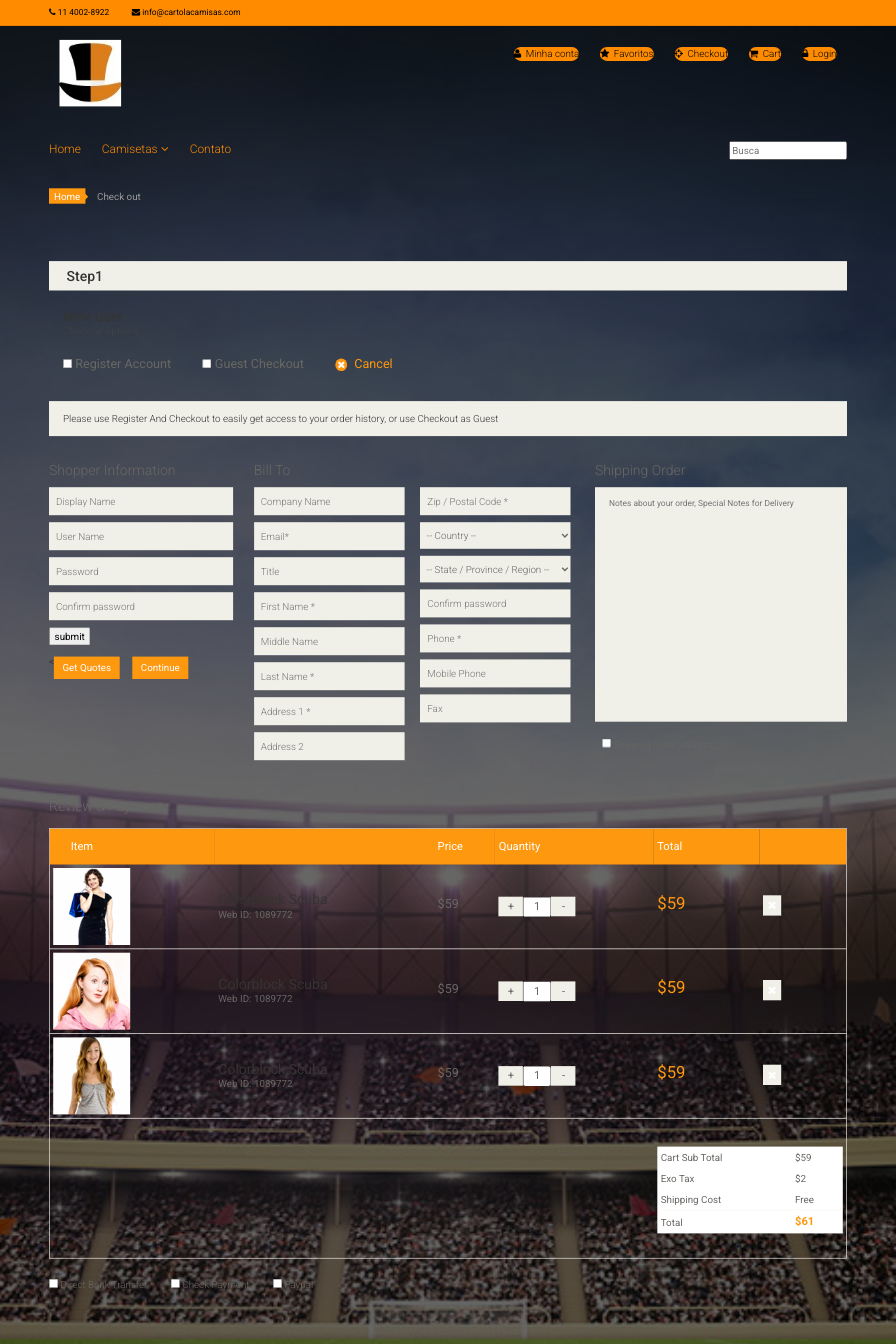
Repository: matheus-bms/camisetaPI
Page: http://localhost/checkout
An editor plug-in stored every save of this project. The page is shown before and after the next save, followed by the edit.
The browser window is 1280 px wide. The pictures show the part of the page from y = 0 to 1920 px (the page is 2568 px tall), at 70% of full size.
Some web fonts or font styles are not loaded; a fallback is used. The page is served by the project's Node server (app.js). Other server files are loaded and not shown.

Above is the page before, as saved 2022-04-26 23:32:13.

### views/checkout.ejs
<%- include('./partials/head'); %>

<body>
	<%- include('./partials/header'); %>

	<section id="cart_items">
		<div class="container">
			<div class="breadcrumbs">
				<ol class="breadcrumb">
				  <li><a href="#">Home</a></li>
				  <li class="active">Check out</li>
				</ol>
			</div><!--/breadcrums-->

			<div class="step-one">
				<h2 class="heading">Step1</h2>
			</div>
			<div class="checkout-options">
				<h3>New User</h3>
				<p>Checkout options</p>
				<ul class="nav">
					<li>
						<label><input type="checkbox"> Register Account</label>
					</li>
					<li>
						<label><input type="checkbox"> Guest Checkout</label>
					</li>
					<li>
						<a href=""><i class="fa fa-times"></i>Cancel</a>
					</li>
				</ul>
			</div><!--/checkout-options-->

			<div class="register-req">
				<p>Please use Register And Checkout to easily get access to your order history, or use Checkout as Guest</p>
			</div><!--/register-req-->

			<div class="shopper-informations">
				<div class="row">
					<div class="col-sm-3">
						<div class="shopper-info">
							<p>Shopper Information</p>
							<form action="/checkout" method="post">
								<input type="text" placeholder="Display Name">
								<input type="text" placeholder="User Name">
								<input type="password" placeholder="Password">
								<input type="password" placeholder="Confirm password">
								<button type="submit">submit</button>
							</form>
							<<a class="btn btn-primary" href="">Get Quotes</a>
							<a class="btn btn-primary" href="">Continue</a>
						</div>
					</div>
					<div class="col-sm-5 clearfix">
						<div class="bill-to">
							<p>Bill To</p>
							<div class="form-one">
								<form>
									<input type="text" placeholder="Company Name">
									<input type="text" placeholder="Email*">
									<input type="text" placeholder="Title">
									<input type="text" placeholder="First Name *">
									<input type="text" placeholder="Middle Name">
									<input type="text" placeholder="Last Name *">
									<input type="text" placeholder="Address 1 *">
									<input type="text" placeholder="Address 2">
								</form>
							</div>
							<div class="form-two">
								<form>
									<input type="text" placeholder="Zip / Postal Code *">
									<select>
										<option>-- Country --</option>
										<option>United States</option>
										<option>Bangladesh</option>
										<option>UK</option>
										<option>India</option>
										<option>Pakistan</option>
										<option>Ucrane</option>
										<option>Canada</option>
										<option>Dubai</option>
									</select>
									<select>
										<option>-- State / Province / Region --</option>
										<option>United States</option>
										<option>Bangladesh</option>
										<option>UK</option>
										<option>India</option>
										<option>Pakistan</option>
										<option>Ucrane</option>
										<option>Canada</option>
										<option>Dubai</option>
									</select>
									<input type="password" placeholder="Confirm password">
									<input type="text" placeholder="Phone *">
									<input type="text" placeholder="Mobile Phone">
									<input type="text" placeholder="Fax">
								</form>
							</div>
						</div>
					</div>
					<div class="col-sm-4">
						<div class="order-message">
							<p>Shipping Order</p>
							<textarea name="message"  placeholder="Notes about your order, Special Notes for Delivery" rows="16"></textarea>
							<label><input type="checkbox"> Shipping to bill address</label>
						</div>
					</div>
				</div>
			</div>
			<div class="review-payment">
				<h2>Review & Payment</h2>
			</div>

			<div class="table-responsive cart_info">
				<table class="table table-condensed">
					<thead>
						<tr class="cart_menu">
							<td class="image">Item</td>
							<td class="description"></td>
							<td class="price">Price</td>
							<td class="quantity">Quantity</td>
							<td class="total">Total</td>
							<td></td>
						</tr>
					</thead>
					<tbody>
						<tr>
							<td class="cart_product">
								<a href=""><img src="images/cart/one.png" alt=""></a>
							</td>
							<td class="cart_description">
								<h4><a href="">Colorblock Scuba</a></h4>
								<p>Web ID: 1089772</p>
							</td>
							<td class="cart_price">
								<p>$59</p>
							</td>
							<td class="cart_quantity">
								<div class="cart_quantity_button">
									<a class="cart_quantity_up" href=""> + </a>
									<input class="cart_quantity_input" type="text" name="quantity" value="1" autocomplete="off" size="2">
									<a class="cart_quantity_down" href=""> - </a>
								</div>
							</td>
							<td class="cart_total">
								<p class="cart_total_price">$59</p>
							</td>
							<td class="cart_delete">
								<a class="cart_quantity_delete" href=""><i class="fa fa-times"></i></a>
							</td>
						</tr>

						<tr>
							<td class="cart_product">
								<a href=""><img src="images/cart/two.png" alt=""></a>
							</td>
							<td class="cart_description">
								<h4><a href="">Colorblock Scuba</a></h4>
								<p>Web ID: 1089772</p>
							</td>
							<td class="cart_price">
								<p>$59</p>
							</td>
							<td class="cart_quantity">
								<div class="cart_quantity_button">
									<a class="cart_quantity_up" href=""> + </a>
									<input class="cart_quantity_input" type="text" name="quantity" value="1" autocomplete="off" size="2">
									<a class="cart_quantity_down" href=""> - </a>
								</div>
							</td>
							<td class="cart_total">
								<p class="cart_total_price">$59</p>
							</td>
							<td class="cart_delete">
								<a class="cart_quantity_delete" href=""><i class="fa fa-times"></i></a>
							</td>
						</tr>
						<tr>
							<td class="cart_product">
								<a href=""><img src="images/cart/three.png" alt=""></a>
							</td>
							<td class="cart_description">
								<h4><a href="">Colorblock Scuba</a></h4>
								<p>Web ID: 1089772</p>
							</td>
							<td class="cart_price">
								<p>$59</p>
							</td>
							<td class="cart_quantity">
								<div class="cart_quantity_button">
									<a class="cart_quantity_up" href=""> + </a>
									<input class="cart_quantity_input" type="text" name="quantity" value="1" autocomplete="off" size="2">
									<a class="cart_quantity_down" href=""> - </a>
								</div>
							</td>
							<td class="cart_total">
								<p class="cart_total_price">$59</p>
							</td>
							<td class="cart_delete">
								<a class="cart_quantity_delete" href=""><i class="fa fa-times"></i></a>
							</td>
						</tr>
						<tr>
							<td colspan="4">&nbsp;</td>
							<td colspan="2">
								<table class="table table-condensed total-result">
									<tr>
										<td>Cart Sub Total</td>
										<td>$59</td>
									</tr>
									<tr>
										<td>Exo Tax</td>
										<td>$2</td>
									</tr>
									<tr class="shipping-cost">
										<td>Shipping Cost</td>
										<td>Free</td>
									</tr>
									<tr>
										<td>Total</td>
										<td><span>$61</span></td>
									</tr>
								</table>
							</td>
						</tr>
					</tbody>
				</table>
			</div>
			<div class="payment-options">
					<span>
						<label><input type="checkbox"> Direct Bank Transfer</label>
					</span>
					<span>
						<label><input type="checkbox"> Check Payment</label>
					</span>
					<span>
						<label><input type="checkbox"> Paypal</label>
					</span>
				</div>
		</div>
	</section> <!--/#cart_items-->



	<%- include('./partials/footer'); %>
	<%- include('./partials/scripts'); %>
</body>
</html>

### views/partials/head.ejs
<!DOCTYPE html>
<html lang="en">
<head>
    <meta charset="utf-8">
    <meta name="viewport" content="width=device-width, initial-scale=1.0">
    <meta name="description" content="">
    <meta name="author" content="">
    <title>Shop | Cartola Camisas</title>
    <link href=" stylesheets/bootstrap.min.css" rel="stylesheet">
    <link href=" stylesheets/font-awesome.min.css" rel="stylesheet">
    <link href=" stylesheets/prettyPhoto.css" rel="stylesheet">
    <link href=" stylesheets/price-range.css" rel="stylesheet">
    <link href=" stylesheets/animate.css" rel="stylesheet">
	<link href=" stylesheets/main.css" rel="stylesheet">
	<link href=" stylesheets/responsive.css" rel="stylesheet">
    <!--[if lt IE 9]>
    <script src="js/html5shiv.js"></script>
    <script src="js/respond.min.js"></script>
    <![endif]-->
    <link rel="shortcut icon" href="/images/ico/favicon.ico">
    <link rel="apple-touch-icon-precomposed" sizes="144x144" href="/images/ico/apple-touch-icon-144-precomposed.png">
    <link rel="apple-touch-icon-precomposed" sizes="114x114" href="/images/ico/apple-touch-icon-114-precomposed.png">
    <link rel="apple-touch-icon-precomposed" sizes="72x72" href="/images/ico/apple-touch-icon-72-precomposed.png">
    <link rel="apple-touch-icon-precomposed" href="/images/ico/apple-touch-icon-57-precomposed.png">
</head><!--/head-->

### views/partials/header.ejs
<header id="header"><!--header-->
    <div class="header_top"><!--header_top-->
        <div class="container">
            <div class="row">
                <div class="col-sm-6">
                    <div class="contactinfo">
                        <ul class="nav nav-pills">
                            <li><a href="#"><i class="fa fa-phone"></i> 11 4002-8922</a></li>
                            <li><a href="#"><i class="fa fa-envelope"></i> info@cartolacamisas.com</a></li>
                        </ul>
                    </div>
                </div>
                <div class="col-sm-6">
                    <div class="social-icons pull-right"><!--
                        <ul class="nav navbar-nav">
                            <li><a href="#"><i class="fa fa-facebook"></i></a></li>
                            <li><a href="#"><i class="fa fa-twitter"></i></a></li>
                            <li><a href="#"><i class="fa fa-linkedin"></i></a></li>
                            <li><a href="#"><i class="fa fa-dribbble"></i></a></li>
                            <li><a href="#"><i class="fa fa-google-plus"></i></a></li>
                        </ul> </!---->
                    </div>
                </div>
            </div>
        </div>
    </div><!--/header_top-->

    <div class="header-middle"><!--header-middle-->
        <div class="container">
            <div class="row">
                <div class="col-md-4 clearfix">
                    <div class="logo pull-left">
                        <a href="home"><img src="images/home/chapeuLogo.jpeg" alt="" /></a>
                    </div>
                    <!-- <div class="btn-group pull-right clearfix">
                        <div class="btn-group">
                            <button type="button" class="btn btn-default dropdown-toggle usa" data-toggle="dropdown">
                                USA
                                <span class="caret"></span>
                            </button>
                            <ul class="dropdown-menu">
                                <li><a href="">Canada</a></li>
                                <li><a href="">UK</a></li>
                            </ul>
                        </div>

                        <div class="btn-group">
                            <button type="button" class="btn btn-default dropdown-toggle usa" data-toggle="dropdown">
                                DOLLAR
                                <span class="caret"></span>
                            </button>
                            <ul class="dropdown-menu">
                                <li><a href="">Canadian Dollar</a></li>
                                <li><a href="">Pound</a></li>
                            </ul>
                        </div>
                    </div> -->
                </div>
                <div class="col-md-8 clearfix">
                    <div class="shop-menu clearfix pull-right">
                        <ul class="nav navbar-nav">
                            <li><a href=""><i class="fa fa-user"></i> Minha conta</a></li>
                            <li><a href=""><i class="fa fa-star"></i> Favoritos</a></li>
                            <li><a href="checkout"><i class="fa fa-crosshairs"></i> Checkout</a></li>
                            <li><a href="cart"><i class="fa fa-shopping-cart"></i> Cart</a></li>
                            <li><a href="login"><i class="fa fa-lock"></i> Login</a></li>
                        </ul>
                    </div>
                </div>
            </div>
        </div>
    </div><!--/header-middle-->

    <div class="header-bottom"><!--header-bottom-->
        <div class="container">
            <div class="row">
                <div class="col-sm-9">
                    <div class="navbar-header">
                        <button type="button" class="navbar-toggle" data-toggle="collapse" data-target=".navbar-collapse">
                            <span class="sr-only">Toggle navigation</span>
                            <span class="icon-bar"></span>
                            <span class="icon-bar"></span>
                            <span class="icon-bar"></span>
                        </button>
                    </div>
                    <div class="mainmenu pull-left">
                        <ul class="nav navbar-nav collapse navbar-collapse">
                            <li><a href="home" class="active">Home</a></li>
                            <li class="dropdown"><a href="#">Camisetas<i class="fa fa-angle-down"></i></a>
                                <ul role="menu" class="sub-menu">
                                    <li><a href="shop">Masculinas</a></li>
                                    <li><a href="product-details">Femininas</a></li>
                                    <li><a href="checkout">Promoções</a></li>
                                    <li><a href="carrinho">Carrinho</a></li>
                                    <li><a href="login">Login</a></li>
                                </ul>
                            </li>
                            <!-- <li class="dropdown"><a href="#">Blog<i class="fa fa-angle-down"></i></a>
                                <ul role="menu" class="sub-menu">
                                    <li><a href="blog">Blog List</a></li>
                                    <li><a href="blog-single">Blog Single</a></li>
                                </ul>
                            </li>
                            <li><a href="404">404</a></li> -->
                            <li><a href="contato">Contato</a></li>
                        </ul>
                    </div>
                </div>
                <div class="col-sm-3">
                    <div class="search_box pull-right">
                        <input type="text" placeholder="Busca"/>
                    </div>
                </div>
            </div>
        </div>
    </div><!--/header-bottom-->
</header><!--/header-->

### views/partials/scripts.ejs
<script src="/javascripts/jquery.js"></script>
<script src="/javascripts/price-range.js"></script>
<script src="/javascripts/jquery.scrollUp.min.js"></script>
<script src="/javascripts/bootstrap.min.js"></script>
<script src="/javascripts/jquery.prettyPhoto.js"></script>
<script src="/javascripts/main.js"></script>

### public/stylesheets/price-range.css
/*!
 * Slider for Bootstrap
 *
 * Copyright 2012 Stefan Petre
 * Licensed under the Apache License v2.0
 * http://www.apache.org/licenses/LICENSE-2.0
 *
 */
.slider {
  display: inline-block;
  vertical-align: middle;
  position: relative;
}
.slider.slider-horizontal {
  width: 210px;
  height: 20px;
}
.slider.slider-horizontal .slider-track {
  height: 15px;
  left: 0;
  margin-top: -5px;
  top: 50%;
  width: 100%;
}
.slider.slider-horizontal .slider-selection {
  height: 100%;
  top: 0;
  bottom: 0;
}
.slider.slider-horizontal .slider-handle {
  margin-left: -12px;
  margin-top: 2px;
}

.left-round{
  margin-left:2px !important;
}

.slider.slider-horizontal .slider-handle.triangle {
  border-width: 0 10px 10px 10px;
  width: 0;
  height: 0;
  border-bottom-color: #0480be;
  margin-top: 0;
}
.slider.slider-vertical {
  height: 210px;
  width: 20px;
}
.slider.slider-vertical .slider-track {
  width: 10px;
  height: 100%;
  margin-left: -5px;
  left: 50%;
  top: 0;
}
.slider.slider-vertical .slider-selection {
  width: 100%;
  left: 0;
  top: 0;
  bottom: 0;
}
.slider.slider-vertical .slider-handle {
  margin-left: -5px;
  margin-top: -10px;
}
.slider.slider-vertical .slider-handle.triangle {
  border-width: 10px 0 10px 10px;
  width: 1px;
  height: 1px;
  border-left-color: #0480be;
  margin-left: 0;
}
.slider input {
  display: none;
}
.slider .tooltip-inner {
  white-space: nowrap;
}
.slider-track {
  position: absolute;
  cursor: pointer;
  background-color: #f7f7f7;
  background-image: -moz-linear-gradient(top, #f5f5f5, #f9f9f9);
  background-image: -webkit-gradient(linear, 0 0, 0 100%, from(#f5f5f5), to(#f9f9f9));
  background-image: -webkit-linear-gradient(top, #f5f5f5, #f9f9f9);
  background-image: -o-linear-gradient(top, #f5f5f5, #f9f9f9);
  background-image: linear-gradient(to bottom, #f5f5f5, #f9f9f9);
  background-repeat: repeat-x;
  filter: progid:DXImageTransform.Microsoft.gradient(startColorstr='#fff5f5f5', endColorstr='#fff9f9f9', GradientType=0);
  -webkit-box-shadow: inset 0 1px 2px rgba(0, 0, 0, 0.1);
  -moz-box-shadow: inset 0 1px 2px rgba(0, 0, 0, 0.1);
  box-shadow: inset 0 1px 2px rgba(0, 0, 0, 0.1);
  -webkit-border-radius: 15px;
  -moz-border-radius: 15px;
  border-radius: 15px;
}

.slider-selection {
  -moz-box-sizing: border-box;
  background: none repeat scroll 0 0 #FE980F;
  border-radius: 15px;
  box-shadow: 0 -1px 0 rgba(0, 0, 0, 0.15) inset;
  position: absolute;
}

.slider-handle {
  background: #fff;
  box-shadow:none;
  height: 10px;
  opacity: 1;
  position: absolute;
  width: 10px;
}

.slider-handle.round {
  -webkit-border-radius: 20px;
  -moz-border-radius: 20px;
  border-radius: 20px;
}
.slider-handle.triangle {
  background: transparent none;
}

Loaded but not shown: public/stylesheets/bootstrap.min.css (library); public/stylesheets/font-awesome.min.css (library); public/stylesheets/animate.css (library); public/javascripts/jquery.js (library); public/javascripts/jquery.scrollUp.min.js (common file); public/javascripts/bootstrap.min.js (library); public/javascripts/jquery.prettyPhoto.js (library); public/javascripts/price-range.js (388 lines, source omitted); controller/UserController.js (56 lines, source omitted); public/javascripts/main.js (32 lines, source omitted); app.js (42 lines, source omitted); public/stylesheets/main.css (2456 lines, source omitted); public/stylesheets/prettyPhoto.css (170 lines, source omitted); public/stylesheets/responsive.css (481 lines, source omitted); views/partials/footer.ejs (153 lines, source omitted)

After the next save:
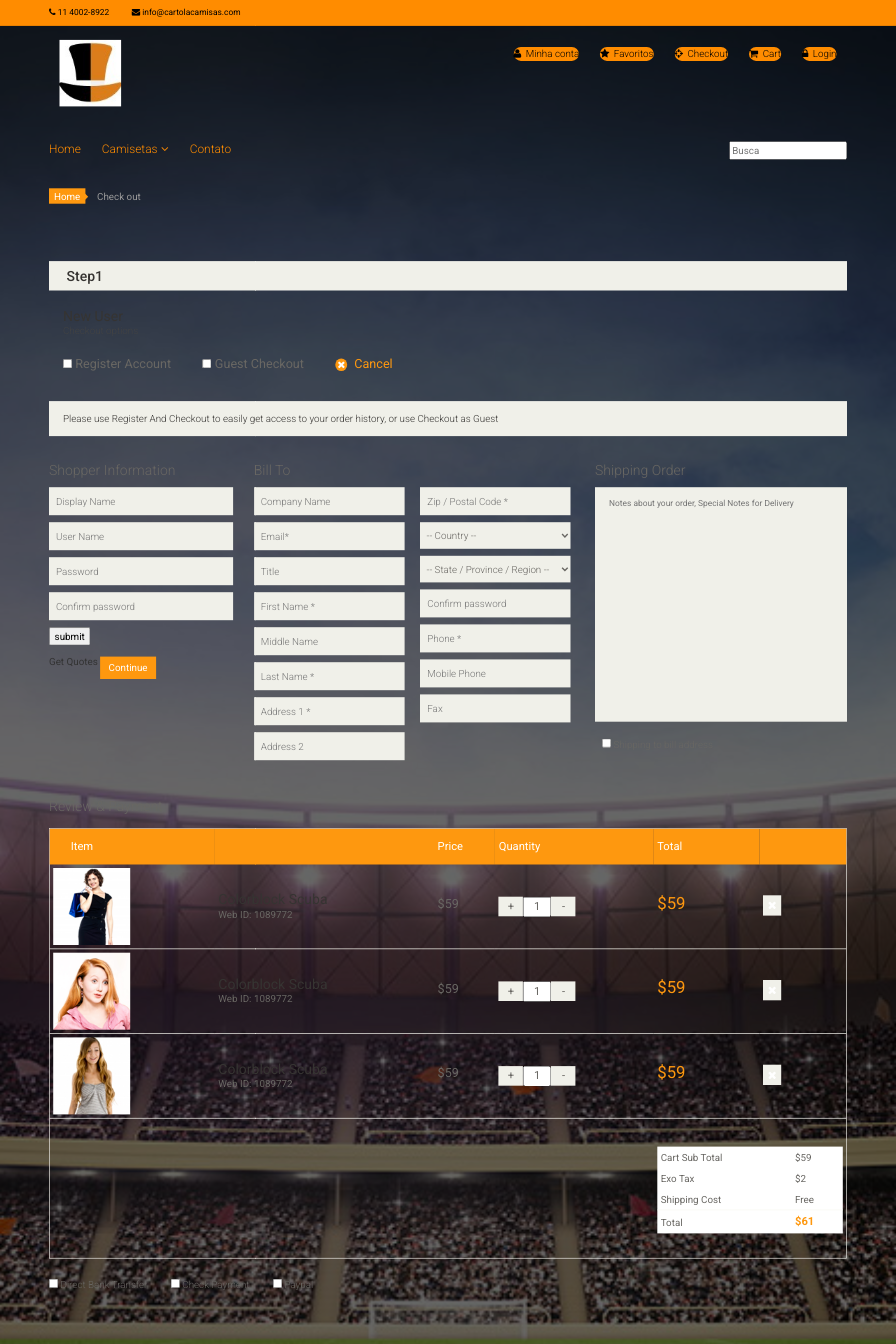
Saved 5 s later.
--- a/views/checkout.ejs
+++ b/views/checkout.ejs
@@ -47,7 +47,7 @@
 								<input type="password" placeholder="Confirm password">
 								<button type="submit">submit</button>
 							</form>
-							<<a class="btn btn-primary" href="">Get Quotes</a>
+							<!<a class="btn btn-primary" href="">Get Quotes</a>
 							<a class="btn btn-primary" href="">Continue</a>
 						</div>
 					</div>
